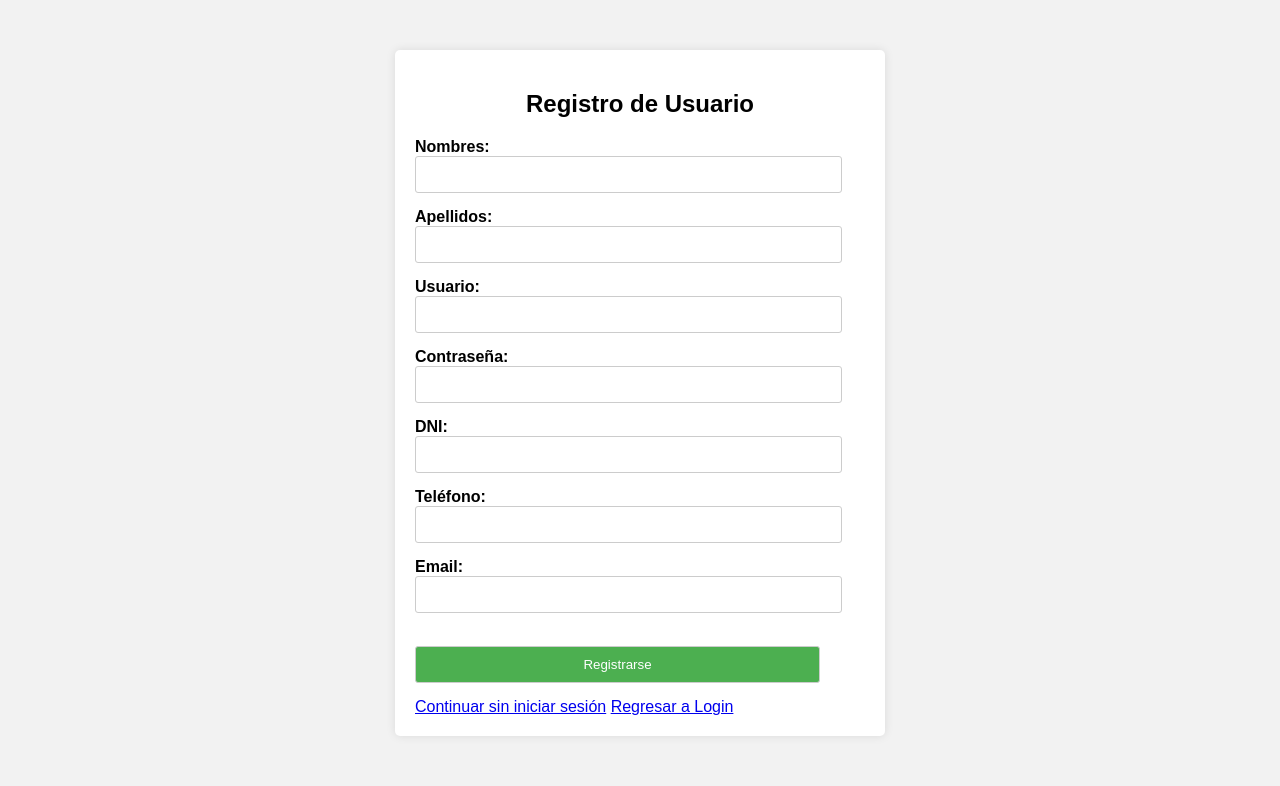
Repository: gbTechh/proyecto-db
Page: http://localhost/DB-PF/registro.php
An editor plug-in stored every save of this project. The page is shown before and after the next save, followed by the edit.
The browser window is 1280 px wide. The pictures show the whole page.
The page is run by PHP 8.4 with error messages shown; the project is at /var/www/html/.

Above is the page before, as saved 2024-11-17 18:17:44.

### public/registro.php
<?php
session_start();

if ($_SERVER["REQUEST_METHOD"] == "POST") {
    //actualizar datos aqui
    $servername = "localhost";
    $username = "root";
    $password = "";
    $dbname = "DB_PF";

    $conn = new mysqli($servername, $username, $password, $dbname);
    if ($conn->connect_error) {
        die("Conexión fallida: " . $conn->connect_error);
    }

    $nombre = $conn->real_escape_string($_POST["nombre"]);
    $apellido = $conn->real_escape_string($_POST["apellido"]);
    $username = $conn->real_escape_string($_POST["username"]);
    $password =  $conn->real_escape_string($_POST["password"]);
    $dni = $conn->real_escape_string($_POST["dni"]);
    $telefono = $conn->real_escape_string($_POST["telefono"]);
    $email = $conn->real_escape_string($_POST["email"]);

    $stmt = $conn->prepare("CALL InsertCliente(?, ?, ?, ?, ?, ?, ?)");
    $stmt->bind_param("sssssss", $nombre, $apellido, $username, $password, $dni, $telefono, $email);

    if ($stmt->execute()) {
        header("Location: login.php");
        echo "Registro exitoso.";
        exit();
    } else {
        echo "Error al registrar: " . $stmt->error;
    }

    $stmt->close();
    $conn->close();
}
?>

<!DOCTYPE html>
<html lang="es">
<head>
    <meta charset="UTF-8">
    <meta name="viewport" content="width=device-width, initial-scale=1.0">
    <title>Registro de Usuario</title>
    <link rel="stylesheet" href="registro.css">
</head>
<body>
    <div class="container">
        <h2>Registro de Usuario</h2>
        <form action="<?php echo htmlspecialchars($_SERVER["PHP_SELF"]); ?>" method="POST">
            <label for="nombre">Nombres:</label><br>
            <input type="text" id="nombre" name="nombre" required><br>
            <label for="apellido">Apellidos:</label><br>
            <input type="text" id="apellido" name="apellido" required><br>
            <label for="username">Usuario:</label><br>
            <input type="text" id="username" name="username" required><br>
            <label for="password">Contraseña:</label><br>
            <input type="password" id="password" name="password" required><br>
            <label for="dni">DNI:</label><br>
            <input type="text" id="dni" name="dni" required><br>
            <label for="telefono">Teléfono:</label><br>
            <input type="tel" id="telefono" name="telefono" required><br>
            <label for="email">Email:</label><br>
            <input type="email" id="email" name="email" required><br><br>
            <input type="submit" value="Registrarse">
        </form>
        <a href="https://localhost/DB-PF/landing.php">Continuar sin iniciar sesión</a>
        <a href="https://localhost/DB-PF/login.php">Regresar a Login</a>
    </div>
</body>
</html>

### public/assets/css/registro.css
body {
    font-family: Arial, sans-serif;
    margin: 0;
    padding: 0;
    background-color: #f2f2f2;
}
.container {
    width: 450px;
    margin: 50px auto;
    background-color: #fff;
    padding: 20px;
    border-radius: 5px;
    box-shadow: 0 0 10px rgba(0, 0, 0, 0.1);
}
h2 {
    text-align: center;
    margin-bottom: 20px;
}
label {
    font-weight: bold;
}
input[type="text"],
input[type="password"],
input[type="tel"],
input[type="date"],
input[type="email"],
input[type="submit"] {
    width: 90%;
    padding: 10px;
    margin-bottom: 15px;
    border: 1px solid #ccc;
    border-radius: 3px;
    align-items: center;
    align-content: center;
}
input[type="submit"] {
    background-color: #4CAF50;
    color: white;
    cursor: pointer;
}
input[type="submit"]:hover {
    background-color: #45a049;
}

After the next save:
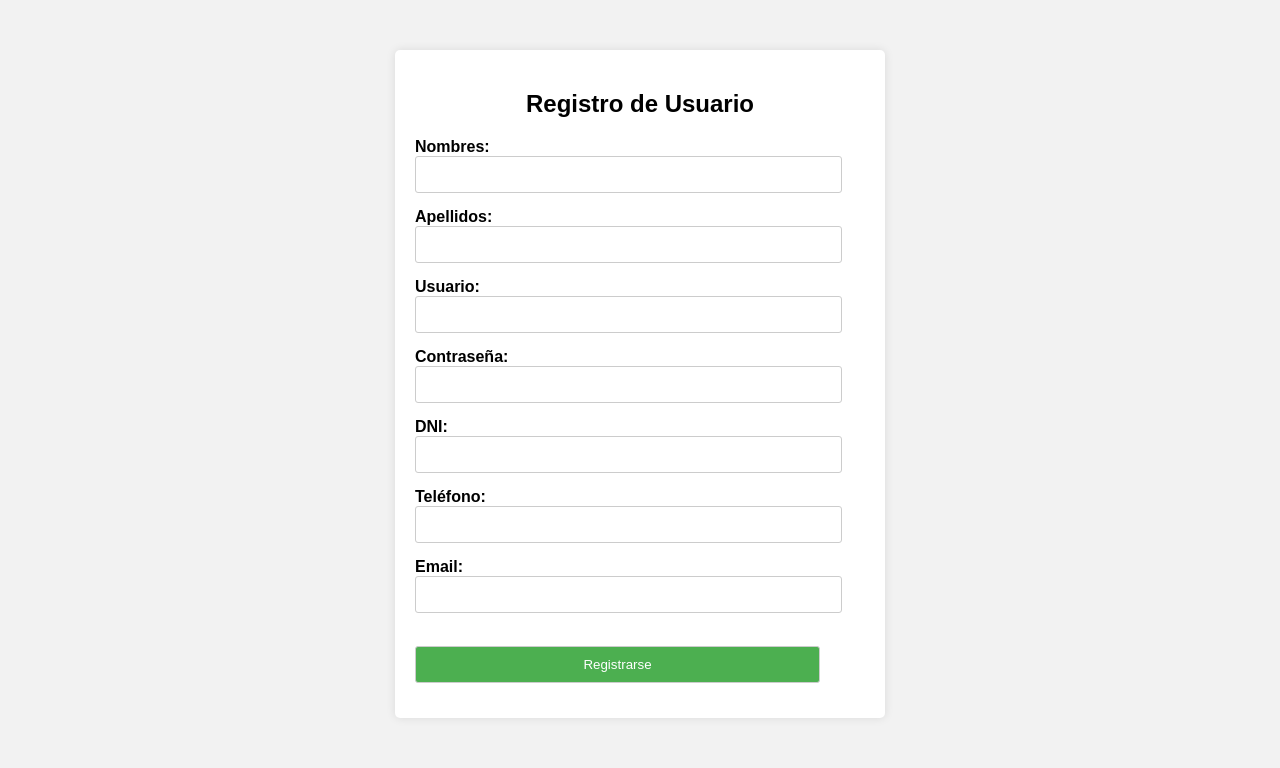
Saved 2 min 20 s later.
--- a/public/registro.php
+++ b/public/registro.php
@@ -65,8 +65,8 @@ if ($_SERVER["REQUEST_METHOD"] == "POST") {
             <input type="email" id="email" name="email" required><br><br>
             <input type="submit" value="Registrarse">
         </form>
-        <a href="https://localhost/DB-PF/landing.php">Continuar sin iniciar sesión</a>
-        <a href="https://localhost/DB-PF/login.php">Regresar a Login</a>
+        <a href="<?php echo URLROOT . "/public"?>">Continuar sin iniciar sesión</a>
+        <a href="<?php echo URLROOT . "/public/login.php"?>">Regresar a Login</a>
     </div>
 </body>
 </html>
